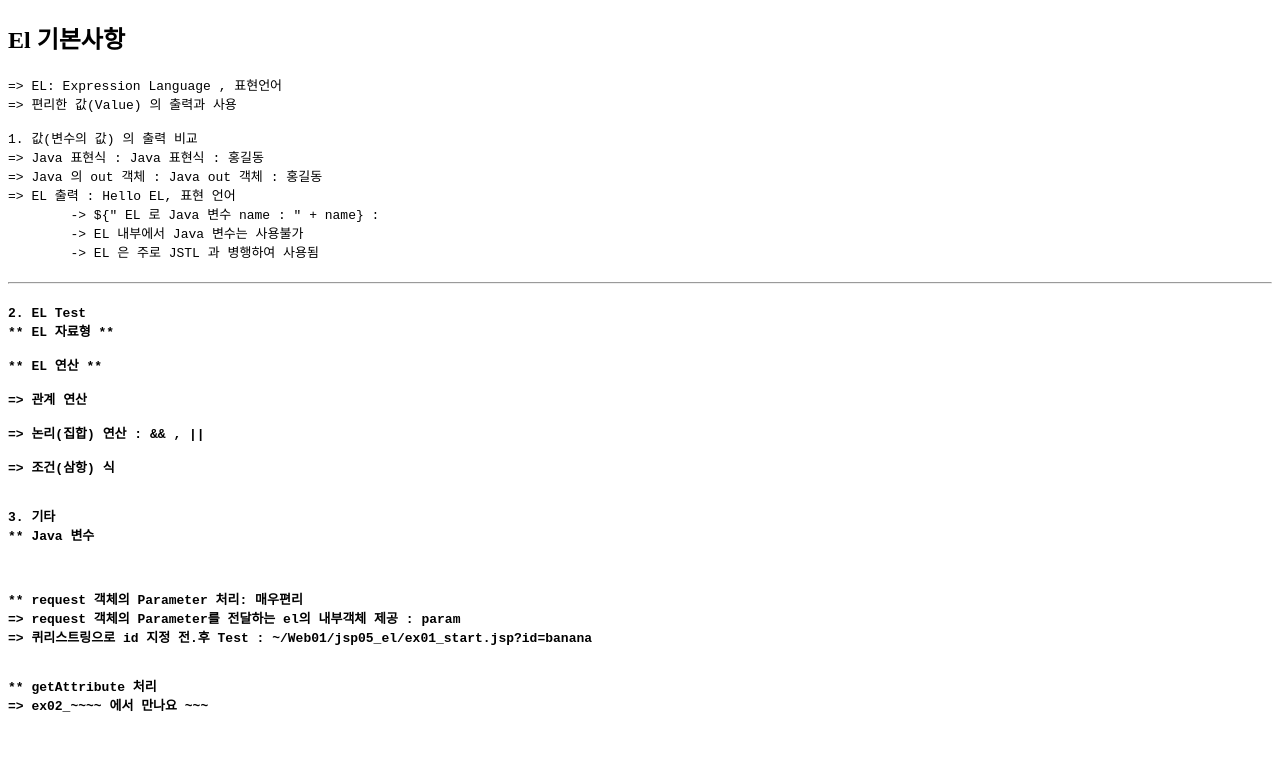
Repository: nameground/Java
Page: http://localhost/Web01/jsp04_EL/ex01_elStart.jsp
These files come from the project's save history. The page is drawn as it stood at one moment and after the next save; the edit follows.
The browser window is 1280 px wide. The pictures show the whole page.
The page is served by Tomcat 9. Nobody is signed in. The application's start-up code is not run. Other server files are loaded and not shown.

Above is the page before, as saved 2023-10-13 02:53:01.

### mTest/Mywork/Web01/src/main/webapp/jsp04_EL/ex01_elStart.jsp
<%@ page language="java" contentType="text/html; charset=UTF-8"
    pageEncoding="UTF-8"%>
<!DOCTYPE html>
<html>
<head>
<meta charset="UTF-8">
<title>El 기본사항</title>
</head>
<body>
<h2>El 기본사항</h2>
<% String name = "홍길동"; %>
<pre>
=> EL: Expression Language , 표현언어
=> 편리한 값(Value) 의 출력과 사용

1. 값(변수의 값) 의 출력 비교
=> Java 표현식 : <%= "Java 표현식 : " + name %>
=> Java 의 out 객체 : <% out.print("Java out 객체 : " + name); %>
=> EL 출력 : ${"Hello EL, 표현 언어"}
	-> \${" EL 로 Java 변수 name : " + name} : <%-- ${name }500 발생 --%>
	-> EL 내부에서 Java 변수는 사용불가
	-> EL 은 주로 JSTL 과 병행하여 사용됨

<hr><b>
2. EL Test
** EL 자료형 **

** EL 연산 **

=> 관계 연산

=> 논리(집합) 연산 : && , ||

=> 조건(삼항) 식


3. 기타
** Java 변수



** request 객체의 Parameter 처리: 매우편리
=> request 객체의 Parameter를 전달하는 el의 내부객체 제공 : param
=> 퀴리스트링으로 id 지정 전.후 Test : ~/Web01/jsp05_el/ex01_start.jsp?id=banana


** getAttribute 처리
=> ex02_~~~~ 에서 만나요 ~~~

</b>
</pre>
</body>
</html>

After the next save:
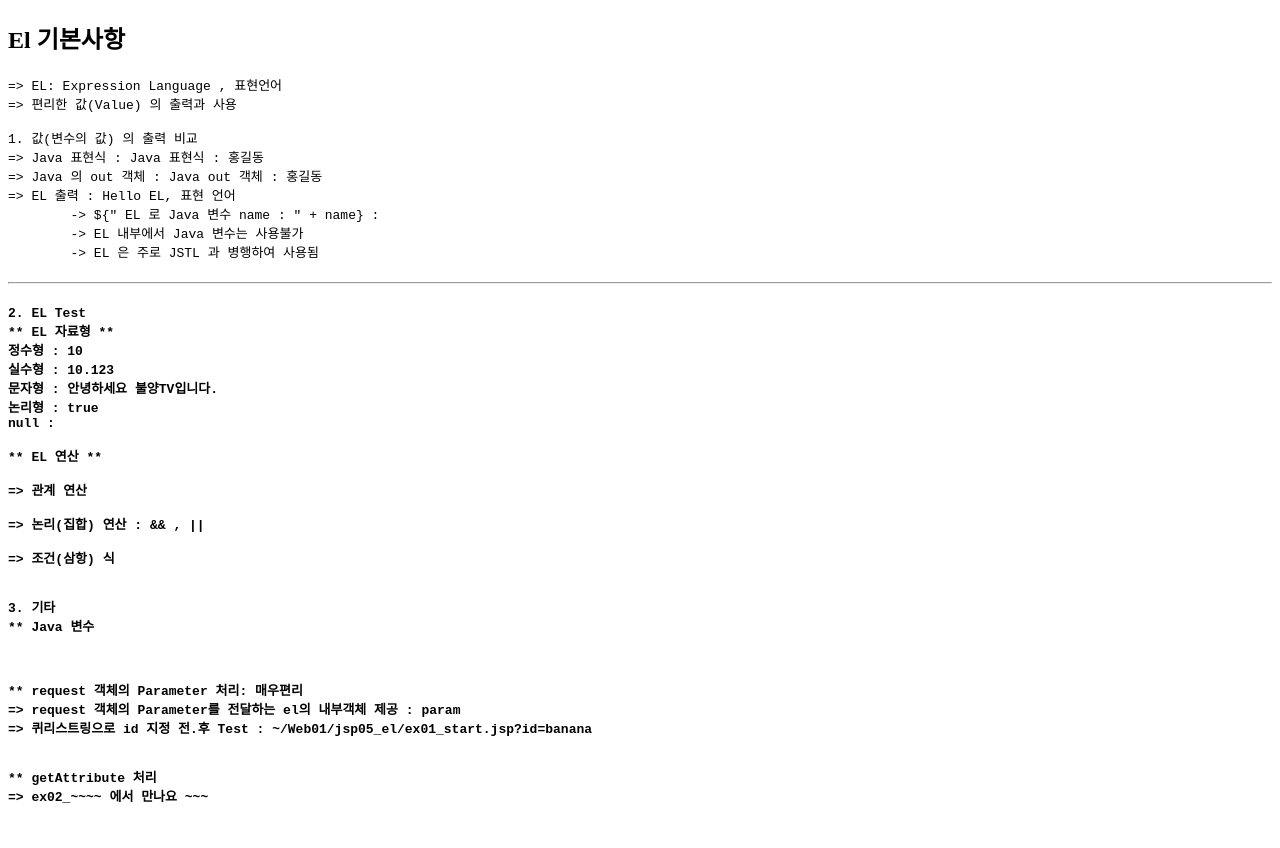
Saved 3 min 54 s later.
--- a/mTest/Mywork/Web01/src/main/webapp/jsp04_EL/ex01_elStart.jsp
+++ b/mTest/Mywork/Web01/src/main/webapp/jsp04_EL/ex01_elStart.jsp
@@ -24,6 +24,11 @@
 <hr><b>
 2. EL Test
 ** EL 자료형 **
+정수형 : ${10}
+실수형 : ${10.123}
+문자형 : ${"안녕하세요 불양TV입니다."}
+논리형 : ${true}
+null : ${null}
 
 ** EL 연산 **
 
